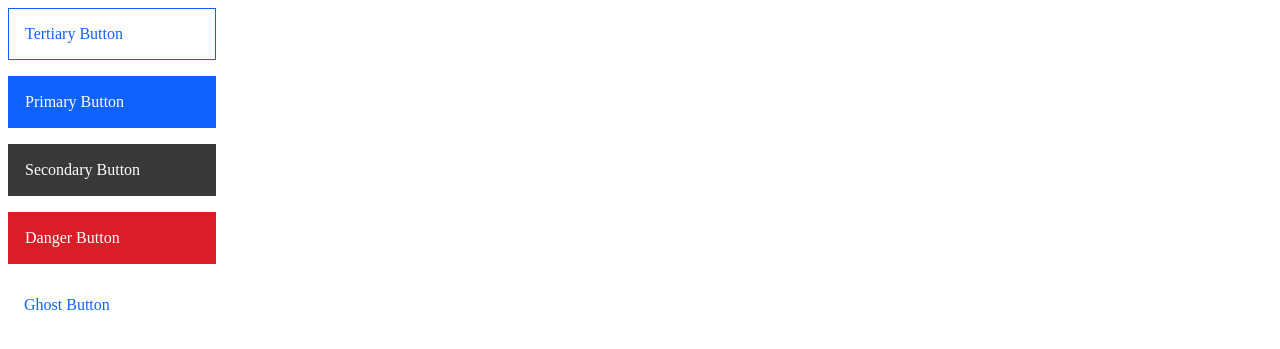
Repository: prav10194/ibm-carbon-components-vanilla
Page: buttons/index.html
An editor plug-in stored every save of this project. The page is shown before and after the next save, followed by the edit.
The browser window is 1280 px wide. The pictures show the whole page.
Some web fonts or font styles are not loaded; a fallback is used.

Above is the page before, as saved 2020-11-12 19:52:39.

### buttons/index.html
<!DOCTYPE html>
<html lang="en">
<head>
    <meta charset="UTF-8">
    <meta name="viewport" content="width=device-width, initial-scale=1.0">
    <link rel="shortcut icon" href="./assets/ibm--cloud.svg" />
    <link rel="stylesheet" href="./node_modules/@ibm/plex/css/ibm-plex-sans-kr.css">
    <link rel="stylesheet" href="./node_modules/@ibm/plex/css/ibm-plex.css">
    <link rel="stylesheet" href="./index.css">
    <title>Button examples</title>
</head>
<style>
    .buttondiv > *:not(:first-child) {
        margin-top: 1rem;
    }
</style>
<body>
    <div class="buttondiv" style="display: flex; flex-direction: column;">
        <div class="tertiary-button">Tertiary Button</div>
        <div class="primary-button">Primary Button</div>
        <div class="secondary-button">Secondary Button</div>
        <div class="danger-button">Danger Button</div>
        <div class="ghost-button">Ghost Button</div>
    </div>
</body>
</html>

### buttons/index.css
.tertiary-button {
    font-size: 1rem;
    border: 1px solid #0f62fe;
    color: #0f62fe;
    padding: 1rem 4rem 1rem 1rem;
    width: 10%;
    font-family: IBM Plex Sans;
}

.tertiary-button:hover {
    background-color: #0f62fe;
    color: white;
    cursor: pointer;
}

.primary-button {
    font-size: 1rem;
    border: 1px solid #0f62fe;
    background-color: #0f62fe;
    color: white;
    padding: 1rem 4rem 1rem 1rem;
    width: 10%;
    font-family: IBM Plex Sans;
}

.primary-button:hover {
    /* background-color: #0f62fe; */
    /* color: white; */
    background-color: #0d58e4;
    cursor: pointer;
}

.secondary-button {
    font-size: 1rem;
    border: 1px solid #393939;
    background-color: #393939;
    color: white;
    padding: 1rem 4rem 1rem 1rem;
    width: 10%;
    font-family: IBM Plex Sans;
}

.secondary-button:hover {
    background-color: #4c4c4c;
    cursor: pointer;
}

.danger-button {
    font-size: 1rem;
    border: 1px solid #da1e28;
    background-color: #da1e28;
    color: white;
    padding: 1rem 4rem 1rem 1rem;
    width: 10%;
    font-family: IBM Plex Sans;
}

.danger-button:hover {
    background-color: #c41b24;
    cursor: pointer;
}

.ghost-button {
    font-size: 1rem;
    color: #0f62fe;
    padding: 1rem 4rem 1rem 1rem;
    width: 10%;
    font-family: IBM Plex Sans;
}

.ghost-button:hover {
    background-color: #e0e0e0;
    cursor: pointer;
}

Loaded but not shown: fonts/node_modules/@ibm/plex/css/ibm-plex-sans-kr.css (library); fonts/node_modules/@ibm/plex/css/ibm-plex.css (library)

After the next save:
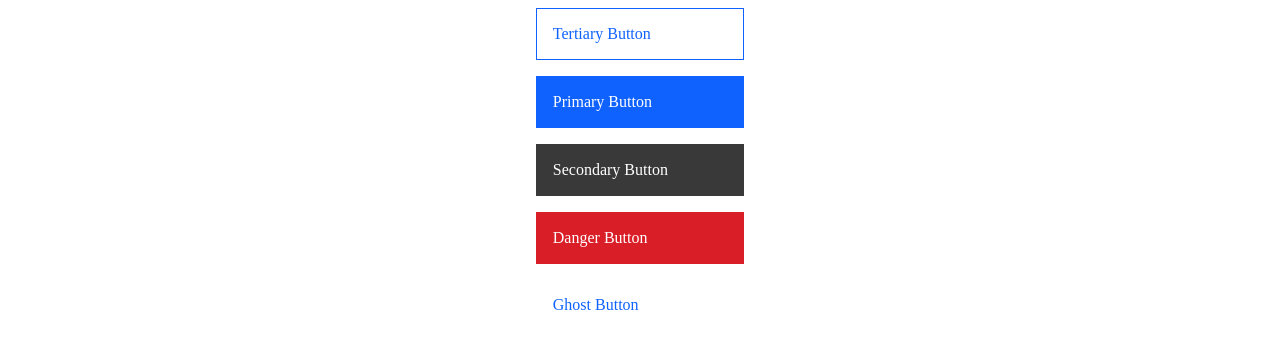
Saved 111 s later.
--- a/buttons/index.html
+++ b/buttons/index.html
@@ -15,7 +15,7 @@
     }
 </style>
 <body>
-    <div class="buttondiv" style="display: flex; flex-direction: column;">
+    <div class="buttondiv" style="display: flex; flex-direction: column; justify-content: center; align-items: center;">
         <div class="tertiary-button">Tertiary Button</div>
         <div class="primary-button">Primary Button</div>
         <div class="secondary-button">Secondary Button</div>
